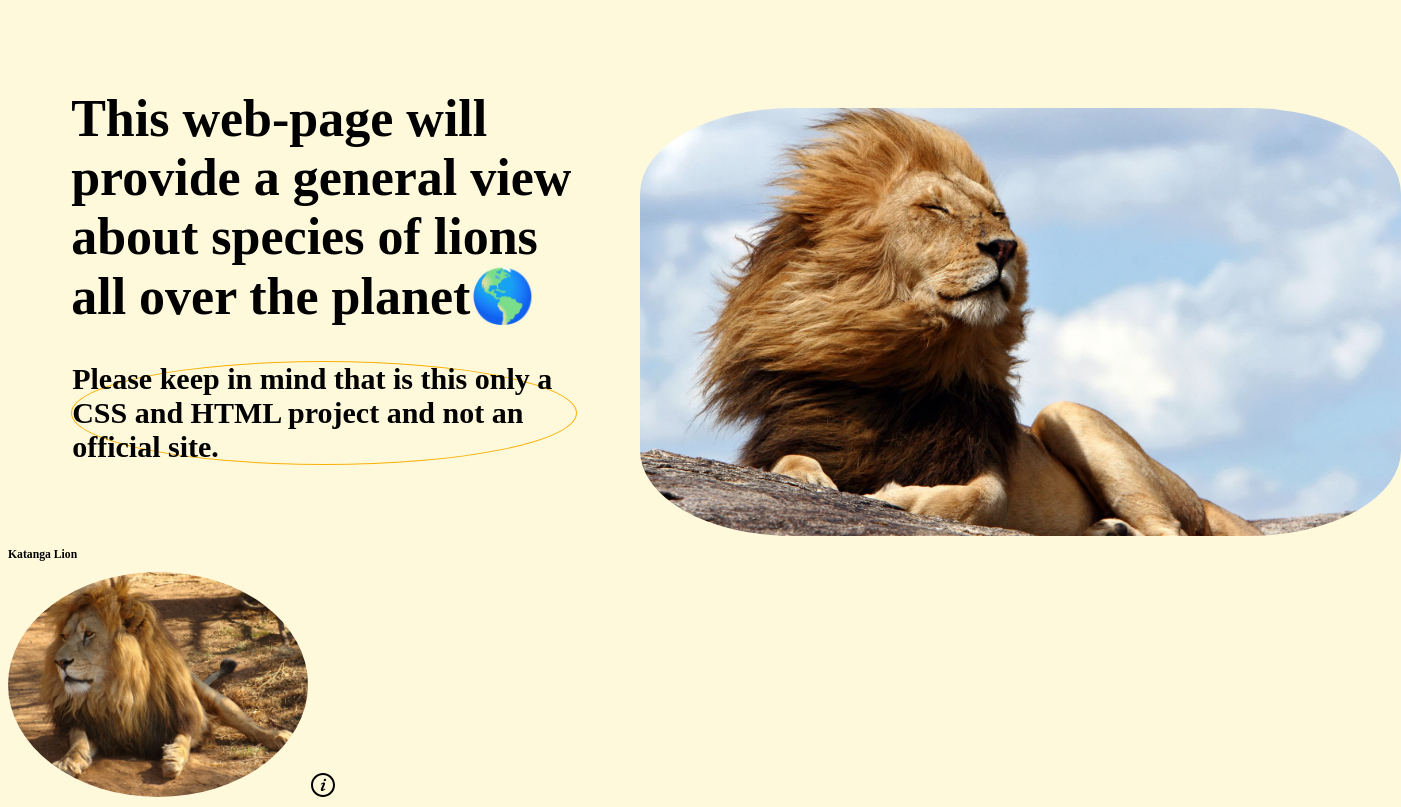
Repository: GeorgeManias/lions_project
Page: index.html
The author's editor kept a copy of each file at every save. The page is drawn from the files as they stood at one save, then again after the next save.
The browser window is 1280 px wide. The page is 1401 px wide, so the pictures cover 1401 px, including what lies to the right of the window. The pictures show the whole page.

Above is the page before, as saved 2021-11-03 19:50:29.

### index.html
<!DOCTYPE html>
<html lang="en">
  <head>
    <link rel="stylesheet" href="index.css" />
    <link
      href="https://fonts.googleapis.com/css2?family=Roboto:ital@1&display=swap"
      rel="stylesheet"
    />
    <title>King of the Jungle</title>
  </head>
  <div class="container">
    <!--This will be the container fro the main_page-->

    <body>
      <!--Class above will support the grid between header and main photo-->
      <div class="headers_and_mainphoto">
        <header>
          <!--This area will be for the upper body part-->
          <h1 class="main_header">
            This web-page will provide a general view about species of lions all
            over the planet🌎
          </h1>
          <h2 class="project_header">
            Please keep in mind that is this only a CSS and HTML project and not
            an official site.
          </h2>
        </header>
        <img
          src="pictures/main_lion.jpg"
          alt="main_lion_photo"
          class="main_photo"
        />
      </div>
      <div class="grid_with_6_pictures">
        <!--Katanga_Lion_Start-->
        <h3 id="katanga_title_cord" class="titles_6">Katanga Lion</h3>
        <img
          src="pictures/katanga_lion.jpg"
          alt="katanga_lion"
          id="katanga_img_cord"
          class="img_6"
        />
        <svg
          id="katanga_info_cord"
          class="info_svg"
          xmlns="http://www.w3.org/2000/svg"
          width="24"
          height="24"
          viewBox="0 0 24 24"
        >
          <path
            d="M12 2c5.514 0 10 4.486 10 10s-4.486 10-10 10-10-4.486-10-10 4.486-10 10-10zm0-2c-6.627 0-12 5.373-12 12s5.373 12 12 12 12-5.373 12-12-5.373-12-12-12zm-2.033 16.01c.564-1.789 1.632-3.932 1.821-4.474.273-.787-.211-1.136-1.74.209l-.34-.64c1.744-1.897 5.335-2.326 4.113.613-.763 1.835-1.309 3.074-1.621 4.03-.455 1.393.694.828 1.819-.211.153.25.203.331.356.619-2.498 2.378-5.271 2.588-4.408-.146zm4.742-8.169c-.532.453-1.32.443-1.761-.022-.441-.465-.367-1.208.164-1.661.532-.453 1.32-.442 1.761.022.439.466.367 1.209-.164 1.661z"
          />
        </svg>
      </div>
    </body>
  </div>
</html>

<!--1
  Katanga lion
  Congo Lion
  Transvaal lion
  East African lion
  Asiatic lion
  West African lion

-->

### index.css
/*

--- 01 TYPOGRAPHY SYSTEM

- Font sizes (px)
10 / 12 / 14 / 16 / 18 / 20 / 24 / 30 / 36 / 44 / 52 / 62 / 74 / 86 / 98

- Font weights
Default: 400
Medium: 500
Semi-bold: 600
Bold: 700

- Line heights
Default: 1
Small: 1.05
Medium: 1.2
Paragraph default: 1.6

- Letter spacing
-0.5px
0.75px

--- 02 COLORS

- Primary: ##fab005
- Tints:
#fff9db

- Shades:


- Accents:
- Greys

#888
#767676 (lightest grey allowed on #fff)
#6f6f6f (lightest grey allowed on #fdf2e9)
#555
#333

--- 05 SHADOWS

0 2.4rem 4.8rem rgba(0, 0, 0, 0.075);

--- 06 BORDER-RADIUS

Default: 9px
Medium: 11px

--- 07 WHITESPACE

- Spacing system (px)
2 / 4 / 8 / 12 / 16 / 24 / 32 / 48 / 64 / 80 / 96 / 128
*/

html {
  /*εδώ βάζω το 10 με σκοπο το αλλο να έχει ευκολο πολαπλασσιο του rem*/
  font-size: 10px;
  margin-left: 0%;
  margin-right: 0%;
}

body {
  background-color: #fff9db;
}

header {
  margin-left: 10%;
  margin-right: 10%;
}

.main_header {
  font-size: 5.2rem;
}

.project_header {
  font-size: 3rem;
  border: 0.1rem solid #fab005;
  border-radius: 50%;
}

.headers_and_mainphoto {
  /*Αυτο το πεδίο αναφέρεται στο grid*/
  display: grid;
  grid-template-columns: 50% 50%;
  align-items: center;
}

.grid_with_9_pictures {
  display: grid;
  grid-template-columns: 1fr 1fr 1fr 1fr 1fr 1fr;
  grid-template-rows: 1fr 1fr 1fr;
}

.main_photo {
  width: 761px;
  margin-top: 100px;
  border-radius: 20%;
}

.img_6 {
  width: 300px;
  border-radius: 50%;
}

/*//////////////////////////////////////////////////////////////////////////////////////////////////////////////////////////////////////////////////////////////////*/
/*Katanga Lion Cord Start*/
#katanga_title_cord {
  grid-column: 1/2;
  grid-row: 1/2;
}
#katanga_img_cord {
  grid-column: 1/2;
  grid-row: 2/3;
}

After the next save:
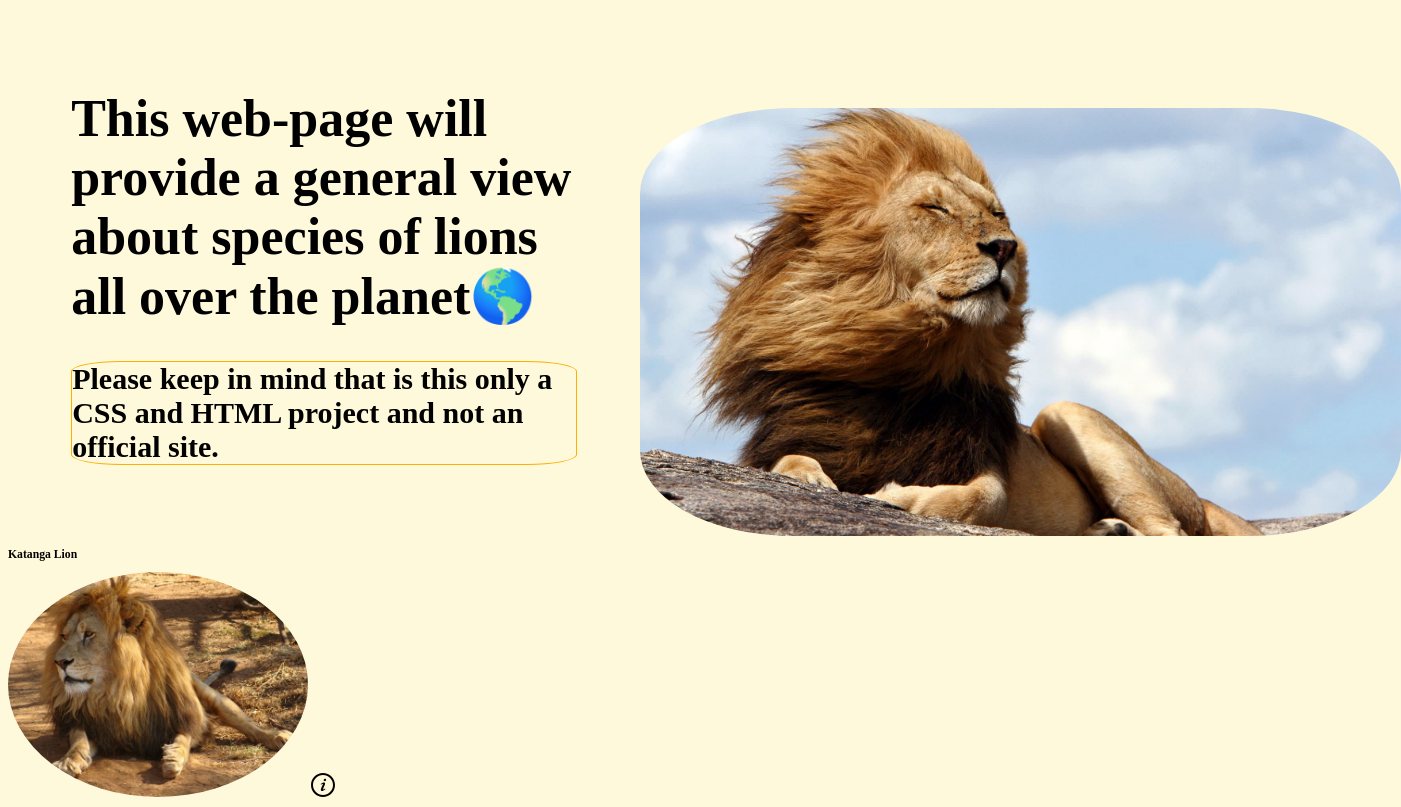
Saved 8 s later.
--- a/index.css
+++ b/index.css
@@ -77,7 +77,7 @@ header {
 .project_header {
   font-size: 3rem;
   border: 0.1rem solid #fab005;
-  border-radius: 50%;
+  border-radius: 10%;
 }
 
 .headers_and_mainphoto {
